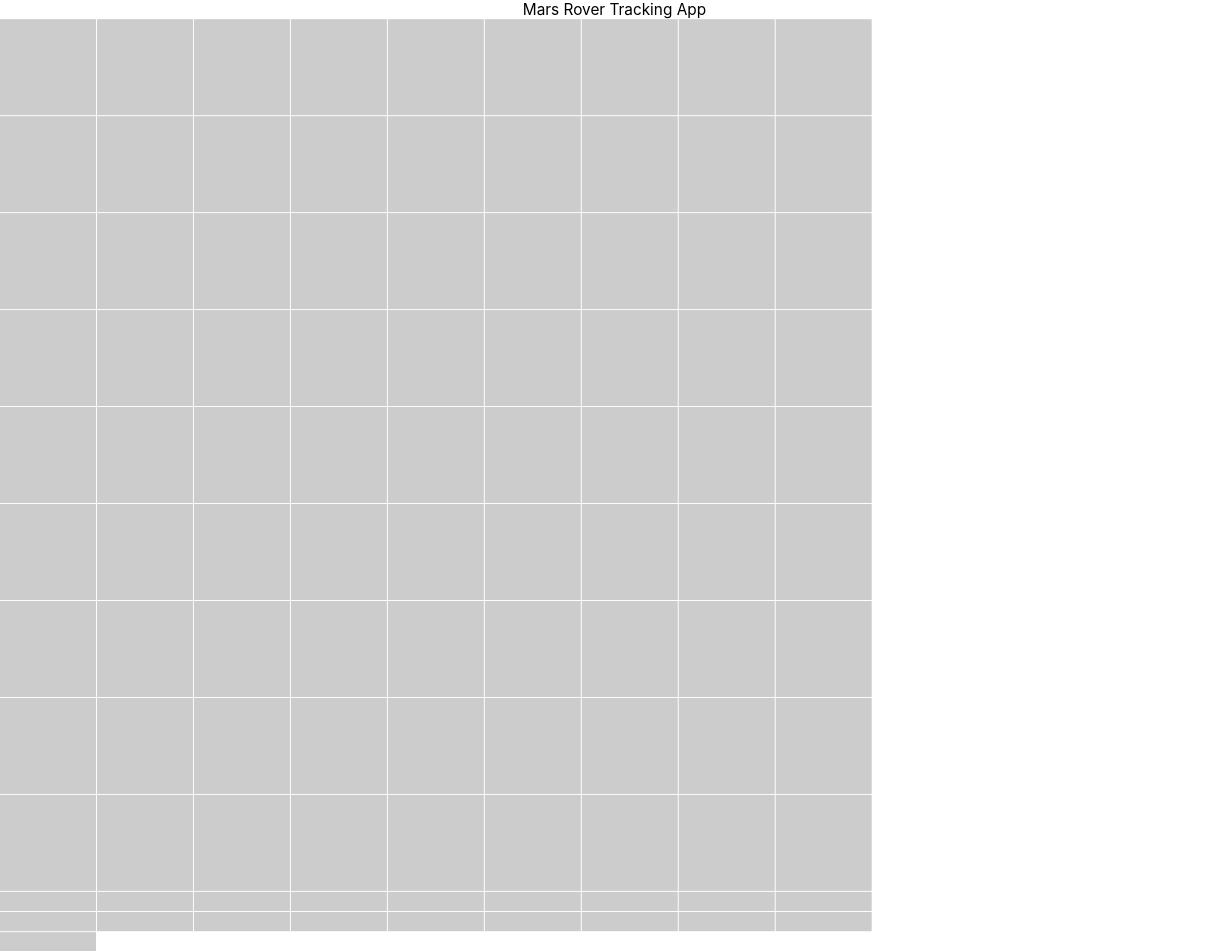
Repository: madhurisandbhor/Rover-Tracking-App
Page: /
An editor plug-in stored every save of this project. The page is shown before and after the next save, followed by the edit.
The browser window is 1280 px wide. The pictures show the whole page, at 96% of full size.
The project was rebuilt for these pictures with package versions that can differ from the ones it lists, and the page was loaded fresh each time.

Above is the page before, as saved 2021-09-06 17:08:41.

After the next save:
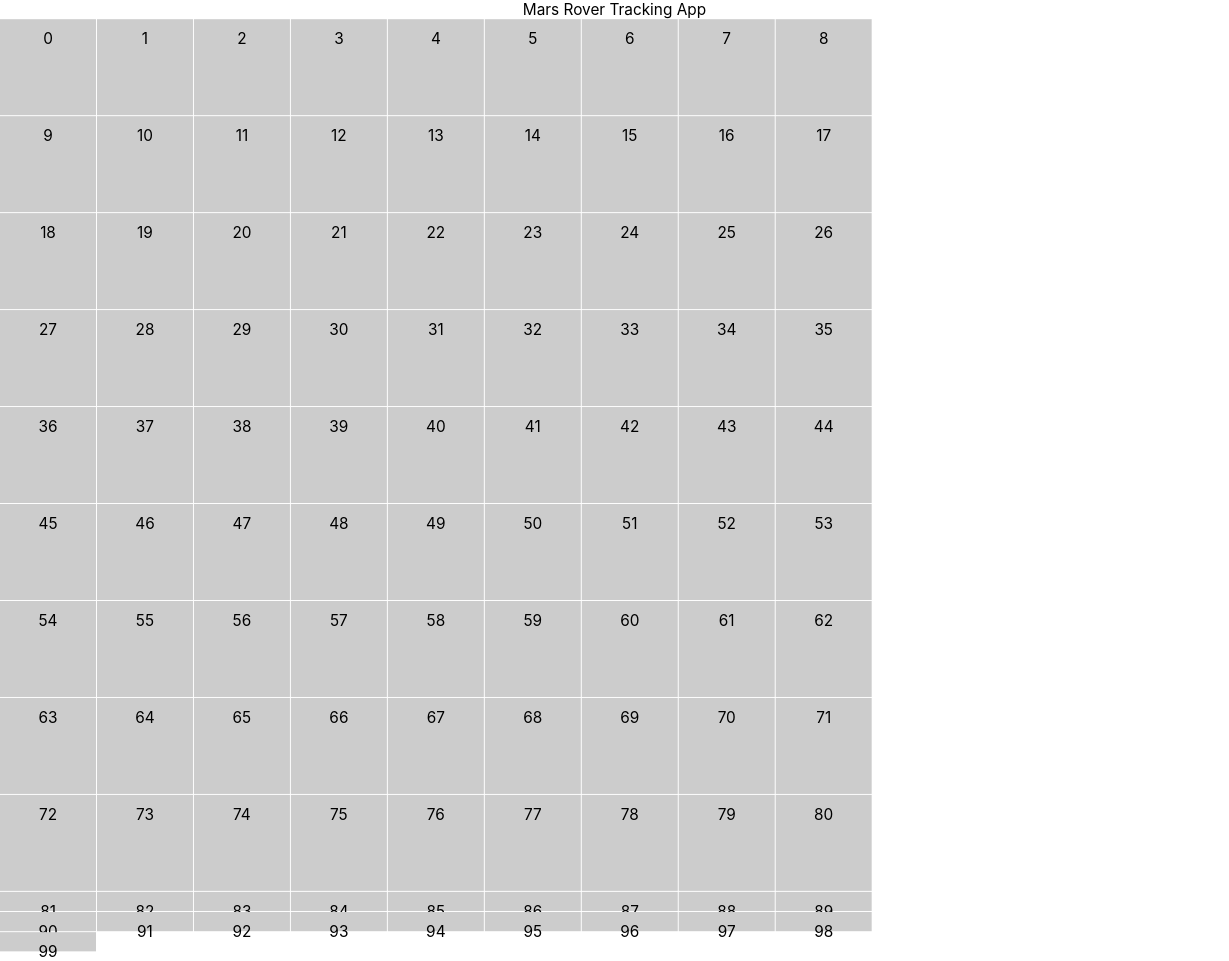
Saved 37 s later.
--- a/src/Grid.jsx
+++ b/src/Grid.jsx
@@ -21,7 +21,7 @@ const Grid = () => {
 
     return (
         <div style={wrapper}>
-            {arr.map((item,index) => <div key={index} style={itemStyle} />)}
+            {arr.map((item, index) => <div key={index} style={itemStyle} >{index}</div>)}
         </div>
     )
 }
